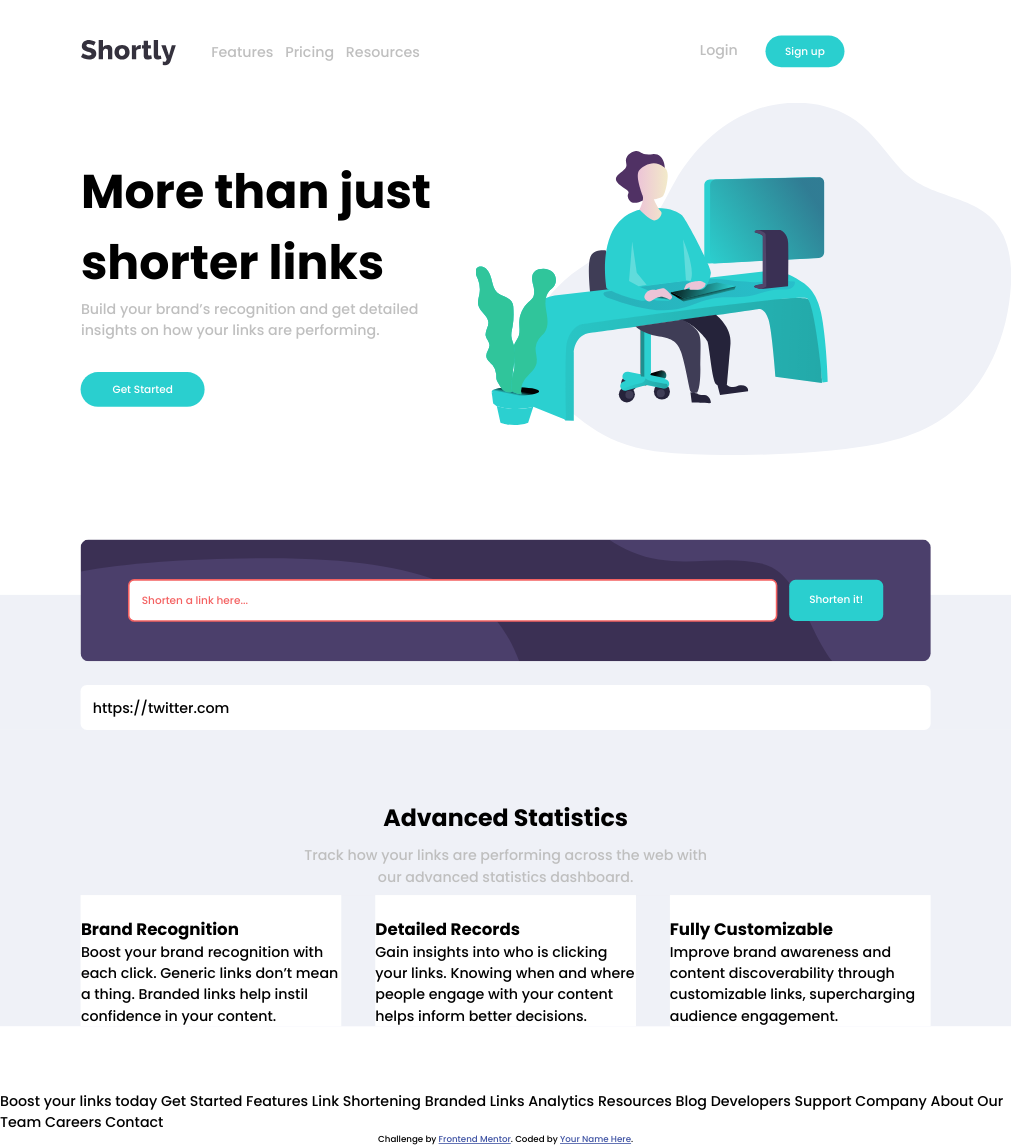
Repository: mamulini/URL-shortener
Page: index.html
The author's editor kept a copy of each file at every save. The page is drawn from the files as they stood at one save, then again after the next save.
The browser window is 1280 px wide. The pictures show the whole page, at 79% of full size.
The style sheet was rebuilt from its Sass, Less or Tailwind sources for each picture, by a compiler version that may differ from the author's.

Above is the page before, as saved 2020-04-12 19:08:38.

After the next save:
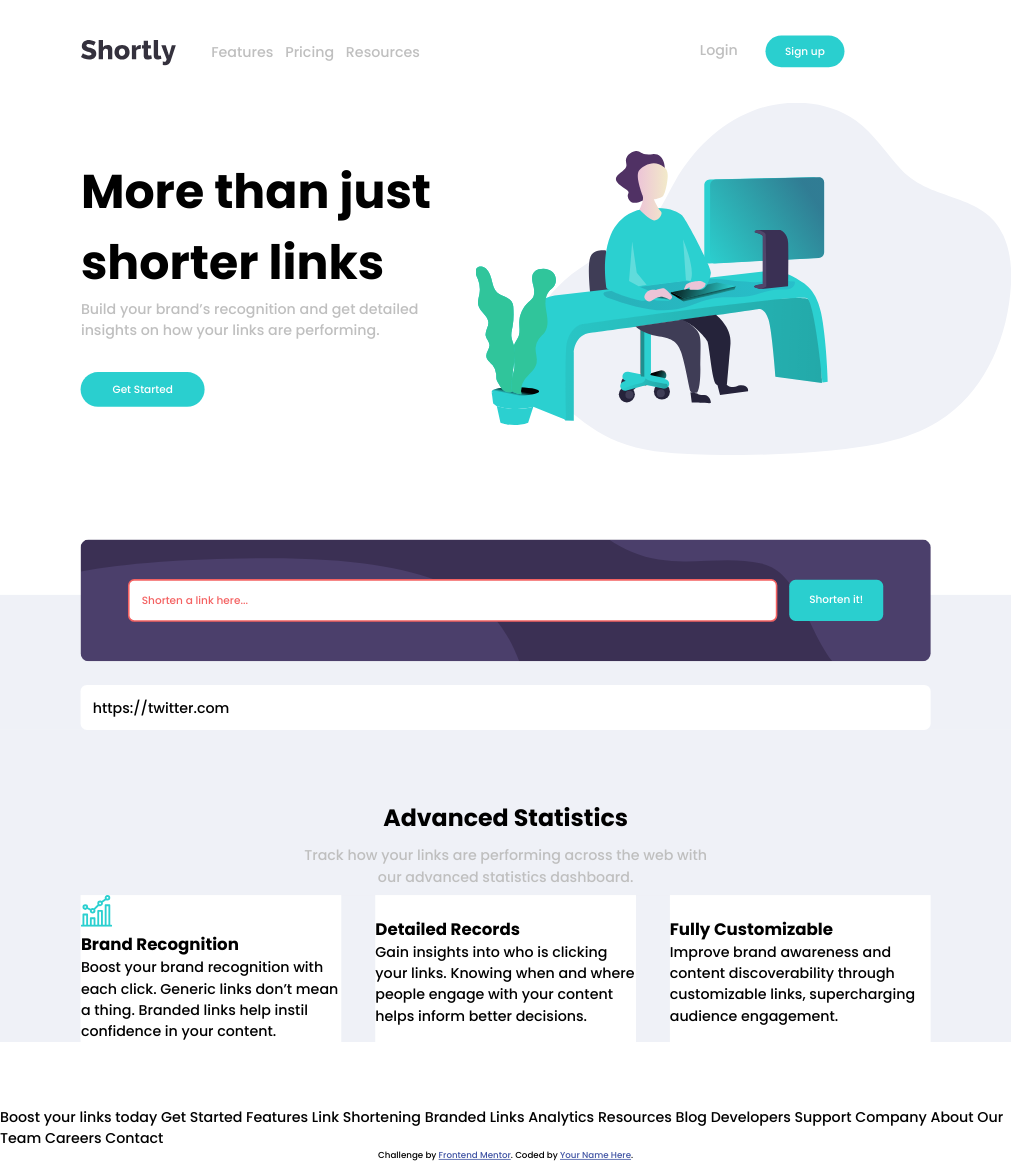
Saved 47 s later.
--- a/index.html
+++ b/index.html
@@ -59,7 +59,7 @@
         advanced statistics dashboard.</p>
       <div class="blocks_wrapper container">
         <div class="block block--1">
-          <img src="" alt="" class="block__icon">
+          <img src="./images/icon-brand-recognition.svg" alt="" class="block__icon">
           <h3 class="block__title">Brand Recognition</h3>
           <p class="block__subtitle">Boost your brand recognition with each click. Generic links don’t
             mean a thing. Branded links help instil confidence in your content.</p>
